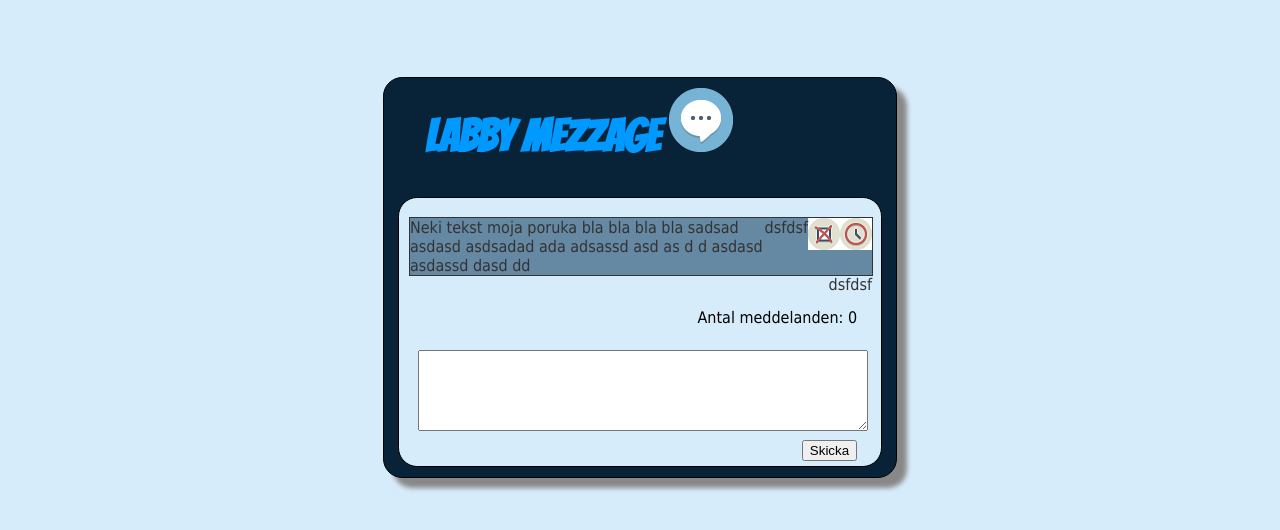
Repository: jb223cp/1dv403-laborationer
Page: 2-labbymezzage/index.html
The author's editor kept a record of every edit. The page is drawn from the files as they stood at one moment, then again after the next edit.
The browser window is 1280 px wide. The pictures show the whole page.

Above is the page before.
Console error: ReferenceError: Message is not defined

### 2-labbymezzage/index.html
<!DOCTYPE html>
<html lang="sv">
<head>
	<meta charset="UTF-8" />
	<link href='//fonts.googleapis.com/css?family=Bangers' rel='stylesheet' type='text/css'>
	<link rel="stylesheet" href="main.css" media="only screen and (min-width:768px)" />
 	<title>Labby Mezzage</title>

</head>
    <body>
        <section class="main">
            <h1>LABBY MEZZAGE <img src="pics/chat.png" alt="chat icon"></h1>

            <section class="message">
                <article>
                    <p><img class="icons" src="pics/clock.png" alt="show time when message is published"></p>
                    <p><img class="icons" src="pics/x.png" alt="delete message"></p>
                    <time>dsfdsf</time>
                    <p>Neki tekst moja poruka bla bla bla bla sadsad asdasd asdsadad ada adsassd asd as  d d asdasd asdassd dasd dd</p>

                    <time>dsfdsf</time>

                </article>
                <fieldset>
                    <label>Antal meddelanden: 0</label>
                    <textarea cols="50" rows="5" maxlength="250" name="Message" id="area"></textarea>
                    <input type=submit value="Skicka"></input>
                </fieldset>

            </section>

        </section>


    	  <script src="script.js"></script>
    	  <script src="Message.js"></script>

    </body>
</html>

### 2-labbymezzage/main.css
html, body, div, span, applet, object, iframe,
p, blockquote, pre,
a, abbr, acronym, address, big, cite, code,
del, dfn, em, img, ins, kbd, q, s, samp,
small, strike, strong, sub, sup, tt, var,
b, u, i, center, ol, ul, li,
fieldset, form, label, legend,
table, caption, tbody, tfoot, thead, tr, th, td,
article, aside, canvas, details, embed,
figure, figcaption, footer, header, hgroup,
menu, nav, output, ruby, section, summary,
time, mark, audio, video {
	margin: 0;
	padding: 0;
	border: 0;
	font-size: 100%;
	font: inherit;
	vertical-align: baseline;
}
/* HTML5 display-role reset for older browsers */

article, aside, details, figcaption, figure,
footer, header, hgroup, menu, nav, section {
	display: block;
}

body{
    background-color:#D7ECFB;
}

h1{
    margin-left:8%;
    margin-right:auto;
    margin-top:2%;
    font-family: 'Bangers', cursive;
    font-size:2.8em;
    color:#0099FF;

}
img.icons{
    /*margin-right:2%;
    margin-top:4%;*/
    float:right;
}
time{
    float:right;
}


section.main{
    width:40%;
    margin-left:auto;
    margin-right:auto;
    margin-top:6%;
    background-color:#082338;
    border-style: solid;
    border-width: 1px;
    border-color:black;
    border-radius:1.2em;
    box-shadow: 10px 10px 5px #888888;

}
section.message{
    /*margin-top:2%;*/
    margin-bottom:2%;
    background-color:#D7ECFB;
    width:94%;
    margin-right:auto;
    margin-left:auto;
    border-radius:1.2em;
    border-style: solid;
    border-width: 1px;
    border-color:black;

}
article{
    background-color:#6588A3;
    border-style: solid;
    border-width: 1px;
    border-color:#333333;
    width:96%;
    margin-top:4%;
    margin-left:2%;
    margin-right:2%;
    color:#333333;
     font-family:tahoma;
}
label{
    float:right;
    margin-right:3%;
    margin-top:3%;
    font-family:tahoma;
}
textarea{
    width:96%;
    margin-left:2%;
    margin-right:2%;
    margin-top:5%;
    margin-top:5%;
}

fieldset{
    width:96%;
    margin-left:2%;
    margin-right:2%;
}
input{
    float:right;
    margin-right:3%;
    margin-top:1%;
    margin-bottom:1%;
}

### 2-labbymezzage/script.js
"use strict";


    var MessageBoard = {

	init: function(){

		var now= new Date();
		var messages = [];

		Message[0] = new Message("test", now.getHours()+":"+now.getMinutes()+":"+now.getSeconds());
		Message[0] = new Message("Penny", now.getHours()+":"+now.getMinutes()+":"+now.getSeconds());
		Message[0] = new Message("Penny", now.getHours()+":"+now.getMinutes()+":"+now.getSeconds());


	}

};
	window.onload = MessageBoard.init;

Loaded but not shown: 2-labbymezzage/Message.js (no copy from this time; the picture is the same without it)

After the next edit:
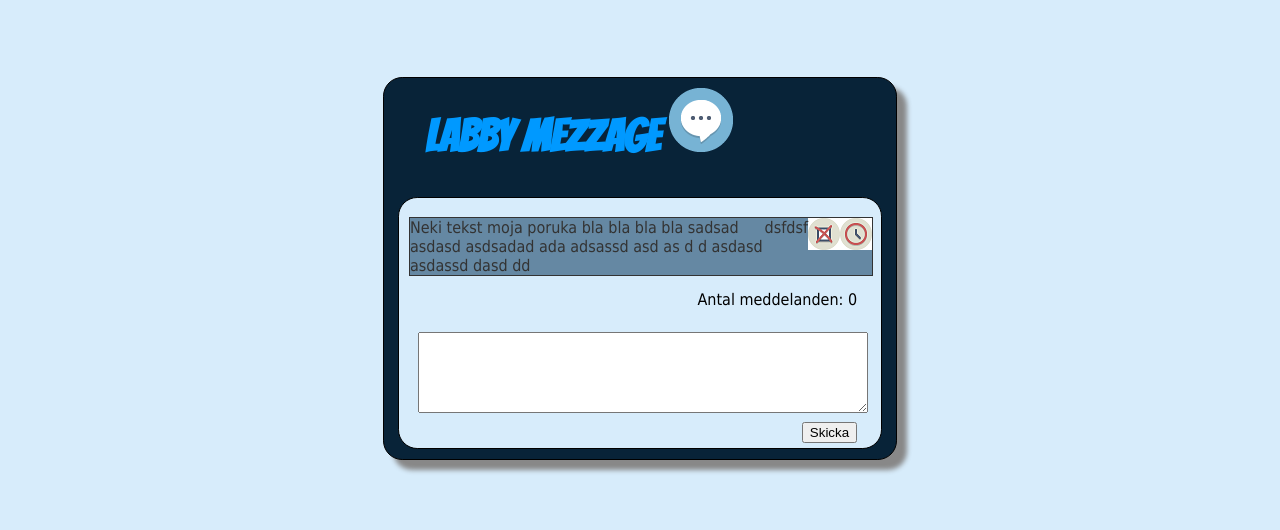
The edit:
--- a/2-labbymezzage/index.html
+++ b/2-labbymezzage/index.html
@@ -18,7 +18,7 @@
                     <time>dsfdsf</time>
                     <p>Neki tekst moja poruka bla bla bla bla sadsad asdasd asdsadad ada adsassd asd as  d d asdasd asdassd dasd dd</p>
 
-                    <time>dsfdsf</time>
+
 
                 </article>
                 <fieldset>
